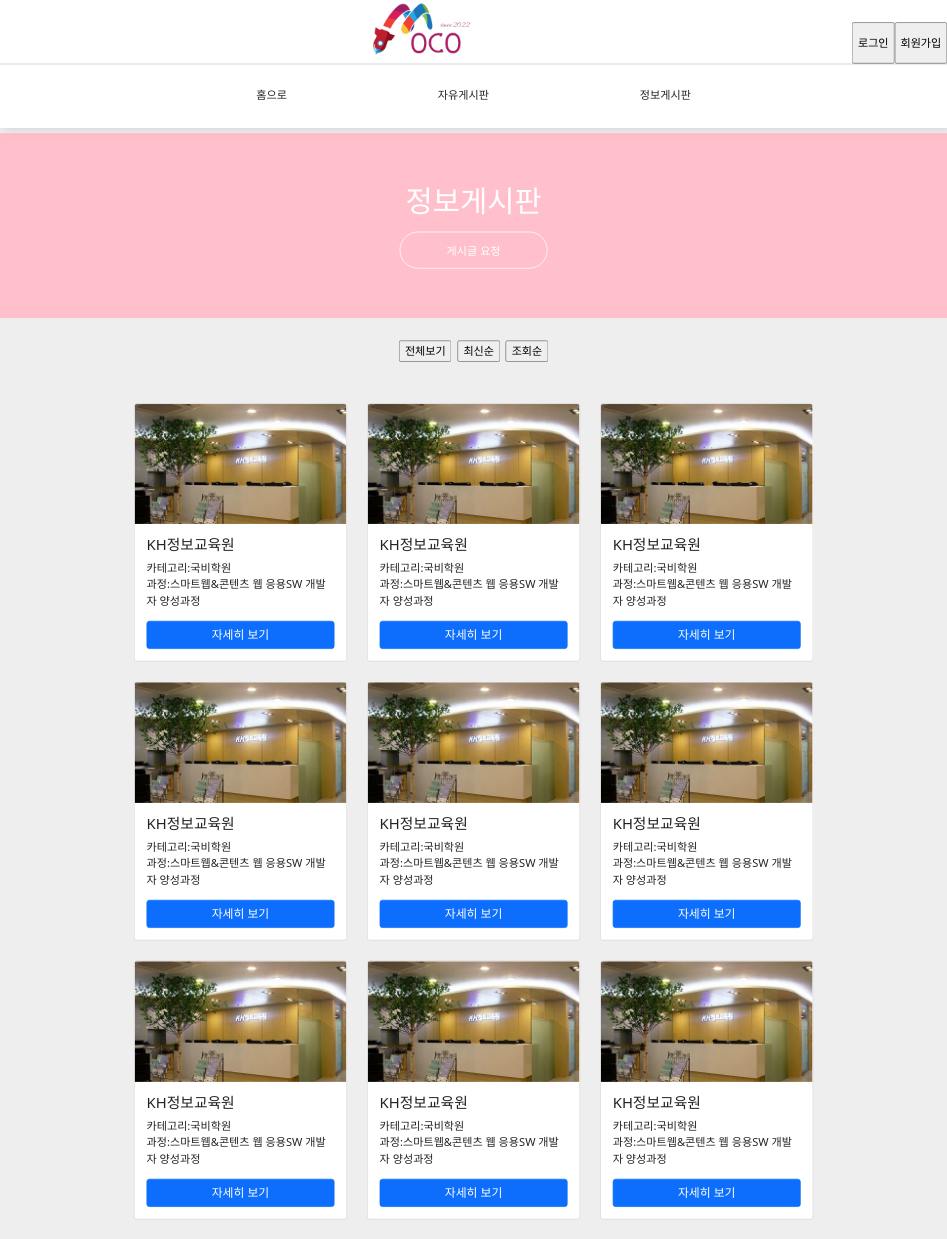
Repository: Pmyjava/mocosemi
Page: http://localhost/moco_SemiProject/WEB-INF/views/info/infoList.jsp
An editor plug-in stored every save of this project. The page is shown before and after the next save, followed by the edit.
The browser window is 1280 px wide. The pictures show the whole page, at 74% of full size.
The page is served by Tomcat 9. Nobody is signed in. Other server files are loaded and not shown. The template is opened directly, without the code that normally fills it, so the values that code supplies are empty.

Above is the page before, as saved 2022-11-21 08:07:11.

### Semi_project2/moco_SemiProject/src/main/webapp/WEB-INF/views/info/infoList.jsp
<%@ page language="java" contentType="text/html; charset=UTF-8"
    pageEncoding="UTF-8"%>
<!doctype html>
<html lang="en">

<head>
<meta charset="utf-8">
<meta name="viewport" content="width=device-width, initial-scale=1, shrink-to-fit=no">

<link href="https://cdn.jsdelivr.net/npm/bootstrap@5.0.2/dist/css/bootstrap.min.css" rel="stylesheet" integrity="sha384-EVSTQN3/azprG1Anm3QDgpJLIm9Nao0Yz1ztcQTwFspd3yD65VohhpuuCOmLASjC" crossorigin="anonymous">
<script src="https://ajax.googleapis.com/ajax/libs/jquery/3.5.1/jquery.min.js"></script>
<script src="https://cdn.jsdelivr.net/npm/bootstrap@5.0.2/dist/js/bootstrap.bundle.min.js" integrity="sha384-MrcW6ZMFYlzcLA8Nl+NtUVF0sA7MsXsP1UyJoMp4YLEuNSfAP+JcXn/tWtIaxVXM" crossorigin="anonymous"></script>

<title>모코_정보게시판</title>
	<style>
		.infomation{
			background-color:pink;
			width:100%;
			height:250px;
			background-position:center;
			background-size:cover;
			color:white;

			display:flex;
			flex-direction:column;
			justify-content:center;
			align-items:center;
		}
		.infomation > button{
			width:200px;
			height:50px;

			background-color:transparent;
			color:white;

			border-radius:50px;
			border:1px solid white;
			margin-top:10px;

		}

		.infomation > button:hover{
		 border:5px solid white;
		 font-weight:bold;
		}
		#btn{

			display:flex;
			flex-direction:column;
			justify-content:center;
			align-items:center;
		}
		.info{
			margin-top:30px;
			display:flex;
			flex-direction:column;
			justify-content:center;
			align-items:center;
		}
		.category{
			margin-top:30px;
			display:flex;
			flex-direction:rows;
			justify-content:center;
			align-items:center;

		}

		table {

		  border-spacing: 25px;
		  border-collapse: separate;
		  display: block;
		}

	</style>

</head>




<body>
	<div>
		   <jsp:include page="/WEB-INF/views/main/nav.jsp"/>
	</div>
    <br><br><br><br><br><br><br><br>
	<div class='infomation'>
		<h1>정보게시판</h1>
		<button>게시글 요청</button>
	</div>
	<div class="category">
		<input type="button" value="전체보기">&nbsp;&nbsp;<input type="button" value="최신순">&nbsp;&nbsp;<input type="button" value="조회순">
	</div>
	<div>
	<form class="info">

			<table>
				<tr>
					<td>
					<div class="card" style="width: 18rem;">
						  <img src="img/kh.png" class="card-img-top" alt="...">
						  <div class="card-body">
						  <h5 class="card-title">KH정보교육원</h5>
						  <p class="card-text">카테고리:국비학원<br>과정:스마트웹&콘텐츠 웹 응용SW 개발자 양성과정</p>
						  <a href="#" id="btn" class="btn btn-primary">자세히 보기</a>
						  </div>
					</div>
					</td>
					<td>
					<div class="card" style="width: 18rem;">
						  <img src="img/kh.png" class="card-img-top" alt="...">
						  <div class="card-body">
						  <h5 class="card-title">KH정보교육원</h5>
						  <p class="card-text">카테고리:국비학원<br>과정:스마트웹&콘텐츠 웹 응용SW 개발자 양성과정</p>
						  <a href="#" id="btn" class="btn btn-primary">자세히 보기</a>
						  </div>
					</div>
					</td>
					<td>
					<div class="card" style="width: 18rem;">
						  <img src="img/kh.png" class="card-img-top" alt="...">
						  <div class="card-body">
						  <h5 class="card-title">KH정보교육원</h5>
						  <p class="card-text">카테고리:국비학원<br>과정:스마트웹&콘텐츠 웹 응용SW 개발자 양성과정</p>
						  <a href="#" id="btn" class="btn btn-primary">자세히 보기</a>
						  </div>
					</div>
					</td>
				</tr>
				<tr>
					<td>
					<div class="card" style="width: 18rem;">
						  <img src="img/kh.png" class="card-img-top" alt="...">
						  <div class="card-body">
						  <h5 class="card-title">KH정보교육원</h5>
						  <p class="card-text">카테고리:국비학원<br>과정:스마트웹&콘텐츠 웹 응용SW 개발자 양성과정</p>
						  <a href="#" id="btn" class="btn btn-primary">자세히 보기</a>
						  </div>
					</div>
					</td>
					<td>
					<div class="card" style="width: 18rem;">
						  <img src="img/kh.png" class="card-img-top" alt="...">
						  <div class="card-body">
						  <h5 class="card-title">KH정보교육원</h5>
						  <p class="card-text">카테고리:국비학원<br>과정:스마트웹&콘텐츠 웹 응용SW 개발자 양성과정</p>
						  <a href="#" id="btn" class="btn btn-primary">자세히 보기</a>
						  </div>
					</div>
					</td>
					<td>
					<div class="card" style="width: 18rem;">
						  <img src="img/kh.png" class="card-img-top" alt="...">
						  <div class="card-body">
						  <h5 class="card-title">KH정보교육원</h5>
						  <p class="card-text">카테고리:국비학원<br>과정:스마트웹&콘텐츠 웹 응용SW 개발자 양성과정</p>
						  <a href="#" id="btn" class="btn btn-primary">자세히 보기</a>
						  </div>
					</div>
					</td>
				</tr>
				<tr>
					<td>
					<div class="card" style="width: 18rem;">
						  <img src="img/kh.png" class="card-img-top" alt="...">
						  <div class="card-body">
						  <h5 class="card-title">KH정보교육원</h5>
						  <p class="card-text">카테고리:국비학원<br>과정:스마트웹&콘텐츠 웹 응용SW 개발자 양성과정</p>
						  <a href="#" id="btn" class="btn btn-primary">자세히 보기</a>
						  </div>
					</div>
					</td>
					<td>
					<div class="card" style="width: 18rem;">
						  <img src="img/kh.png" class="card-img-top" alt="...">
						  <div class="card-body">
						  <h5 class="card-title">KH정보교육원</h5>
						  <p class="card-text">카테고리:국비학원<br>과정:스마트웹&콘텐츠 웹 응용SW 개발자 양성과정</p>
						  <a href="#" id="btn" class="btn btn-primary">자세히 보기</a>
						  </div>
					</div>
					</td>
					<td>
					<div class="card" style="width: 18rem;">
						  <img src="img/kh.png" class="card-img-top" alt="...">
						  <div class="card-body">
						  <h5 class="card-title">KH정보교육원</h5>
						  <p class="card-text">카테고리:국비학원<br>과정:스마트웹&콘텐츠 웹 응용SW 개발자 양성과정</p>
						  <a href="#" id="btn" class="btn btn-primary">자세히 보기</a>
						  </div>
					</div>
					</td>
				</tr>
		</table>
	</form>
	</div>
</body>

</html>

### Semi_project2/moco_SemiProject/src/main/webapp/WEB-INF/views/main/nav.jsp
<%@ page language="java" contentType="text/html; charset=UTF-8"
    pageEncoding="UTF-8"%>
<%@ taglib prefix="c" uri="http://java.sun.com/jsp/jstl/core" %>
<!DOCTYPE html>
<html lang="ko">
<head>
    <meta charset="UTF-8">
    <meta http-equiv="X-UA-Compatible" content="IE=edge">
    <meta name="viewport" content="width=device-width, initial-scale=1.0">
    <title>모코  nav바</title>
    <style>
    	body {
			    margin: 0;
			    color: #222;
			    line-height: 1.5em;
			    font-size: 15px;
			    background-color: #eee;
			    font-weight: 300;
			}

		header {
			    font-weight: normal;
			    background: #fff;
			    box-shadow: 5px 0 15px rgba(0, 0, 0, 0.15);
			    width: 100%;
			    position: fixed;
			      top: 0;
			 	 left: 0;
			 	 right: 0;
			}
		.navlogin button{
				margin: 5px;
			}
		.navlogin p{
			margin-top: -100px;
			text-align: right;
		}
		#login{
				margin-top: 30px;
				float:right;
			}

		#enroll{
				margin-top: 30px;
				float:right;
			}

		nav {
			    /* border: 1px solid red; */
			    width: 100%;
			    margin: auto;
			}

		nav > div {
			    /* border: 1px solid #000; */
			    height: 70px;
			    line-height: 50px;
			}
		.gnb a {
			    text-decoration: none;
			    color: #222;
			}

		.gnb {
			    display: inline-block;
			    width: 100%;
			    text-align: center;
			}

		.gnb a {
			    margin: 100px;
			}
    </style>
</head>
<body>
	<c:set value="${ pageContext.servletContext.contextPath }" var="contextPath" scope="application"/>
        <!-- header 영역 -->
        <header>
            <!-- 상단 nav bar -->
            <nav>
            	<!-- 제목, 로그인 -->
            	<div style="text-align:center" class="navlogin">
            		<a href="${contextPath }">
            			<img src="resources/assets/moco.png" id="logo">
            		</a>
            		<!-- 로그인 아닐시 -->
            		<c:if test="${ empty loginUser }">
            			<input type="button" id = "enroll" onclick="location.href='${contextPath}/enrollView.me'" value="회원가입"/>
            			<input type="button" id = "login" onclick="location.href='${contextPath}/loginView.me'" value="로그인"/>            		</c:if>
            		<!-- 로그인 일시 -->
            		<c:if test="${ !empty loginUser }">
            			<p>
            				${ loginUser.nickName }님 환영합니다.
            				<button class="btn btn-dark btn-lg" type="button" onclick="location.href='${contextPath}/logout.me'">로그아웃</button>
            			</p>
            		</c:if>
            	</div>
            	<hr>
                <!-- 목차 -->
                <div class="gnb">
                    <a href="${contextPath }">홈으로</a>
                    <a href="${contextPath }/boardList.do">자유게시판</a>
                    <a href="${contextPath }/infoList.in">정보게시판</a>
                    <!-- 로그인이 아닐시 -->
                    <c:if test="${ empty loginUser }">
                    	<a href="#" style="display:none">마이페이지</a>
                    </c:if>
                    <!-- 로그인 일시 -->
                     <c:if test="${ !empty loginUser }">
                    	<a href="#">마이페이지</a>
                    </c:if>
                </div>
            </nav>
        </header>
</body>
</html>

After the next save:
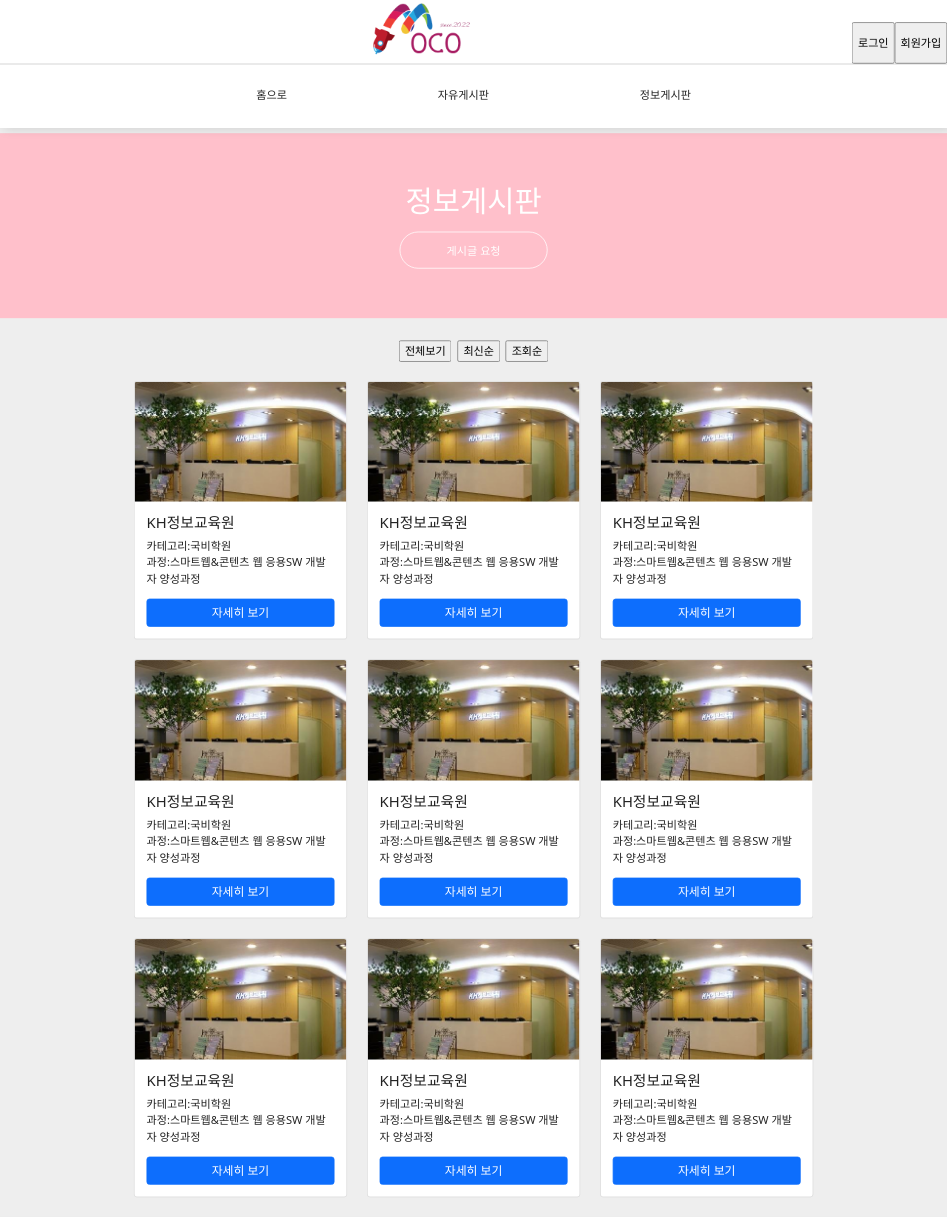
Saved 57 s later.
--- a/Semi_project2/moco_SemiProject/src/main/webapp/WEB-INF/views/info/infoList.jsp
+++ b/Semi_project2/moco_SemiProject/src/main/webapp/WEB-INF/views/info/infoList.jsp
@@ -51,7 +51,7 @@
 			align-items:center;
 		}
 		.info{
-			margin-top:30px;
+			margin-top:0px;
 			display:flex;
 			flex-direction:column;
 			justify-content:center;
@@ -94,7 +94,6 @@
 	</div>
 	<div>
 	<form class="info">
-
 			<table>
 				<tr>
 					<td>

After the save that followed:
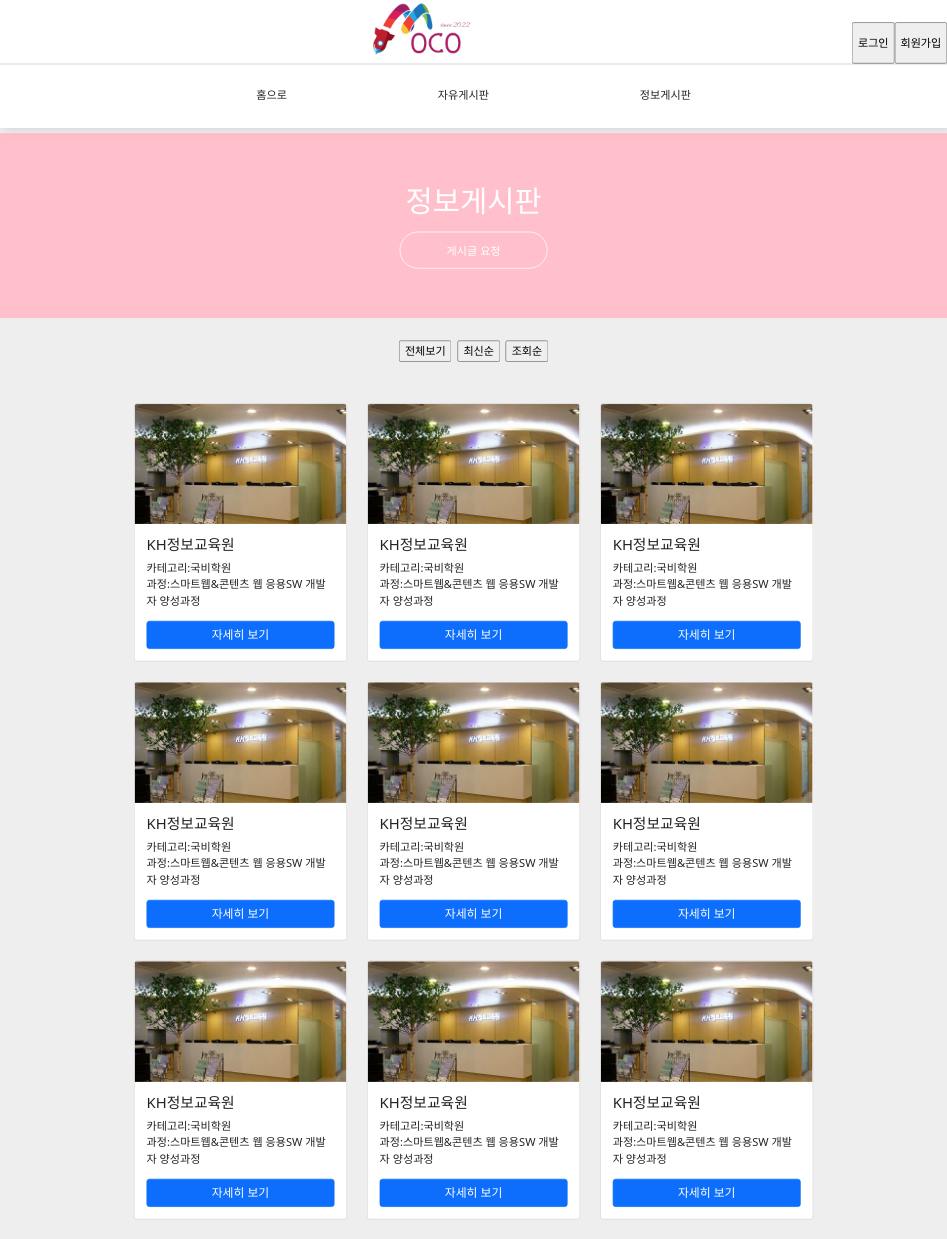
Saved 6 s later.
--- a/Semi_project2/moco_SemiProject/src/main/webapp/WEB-INF/views/info/infoList.jsp
+++ b/Semi_project2/moco_SemiProject/src/main/webapp/WEB-INF/views/info/infoList.jsp
@@ -51,7 +51,7 @@
 			align-items:center;
 		}
 		.info{
-			margin-top:0px;
+			margin-top:30px;
 			display:flex;
 			flex-direction:column;
 			justify-content:center;
